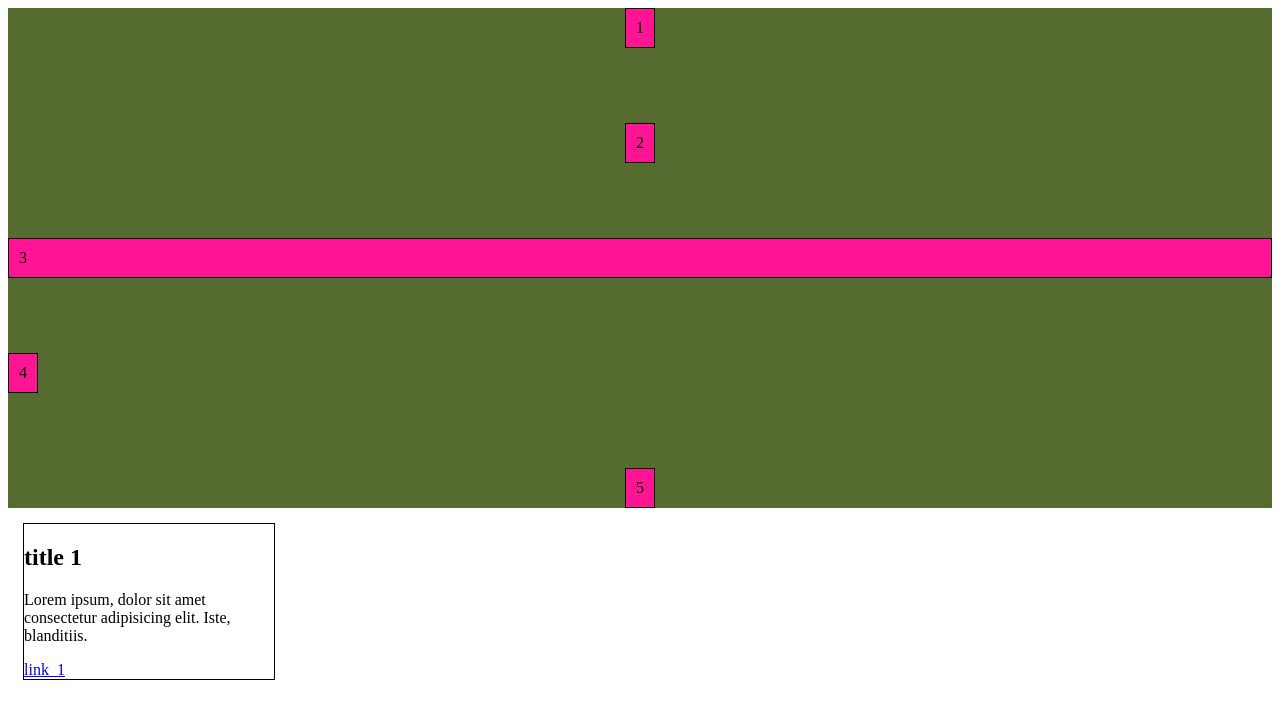
Repository: RustamNazarov98/demo
Page: index.html
An editor plug-in stored every save of this project. The page is shown before and after the next save, followed by the edit.
The browser window is 1280 px wide. The pictures show the whole page.

Above is the page before, as saved 2022-04-06 18:29:11.

After the next save:
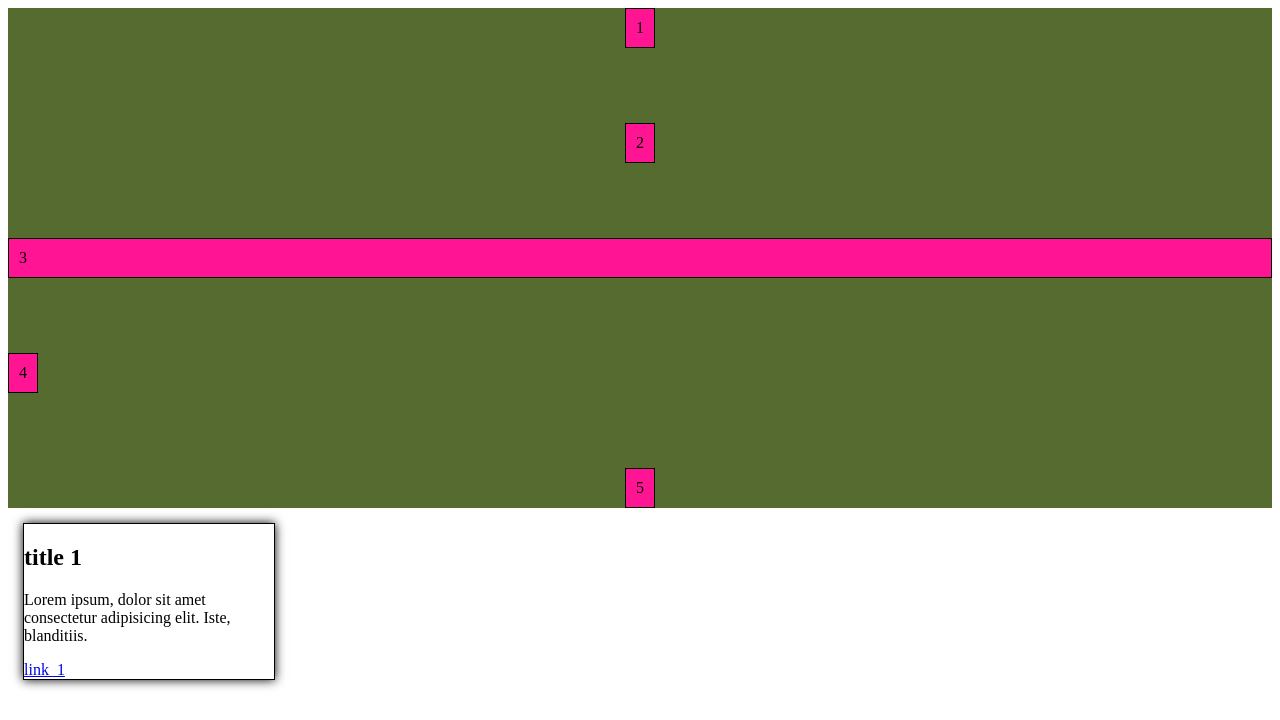
Saved 28 s later.
--- a/style.css
+++ b/style.css
@@ -31,4 +31,5 @@
 .card {
     width: 250px;
     border: 1px solid black;
+    box-shadow: 0 0 10px 0 black;
 }
